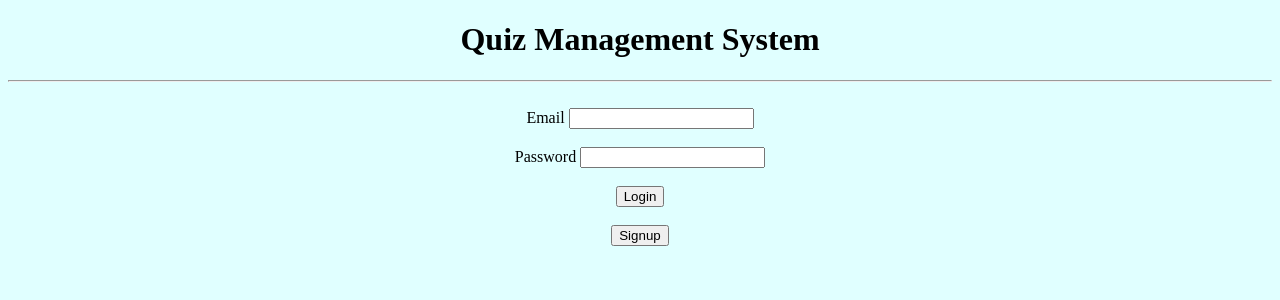
Repository: Rohitsenpai01/Quiz-Manangement-System
Page: http://localhost/WebQuizApp/
An editor plug-in stored every save of this project. The page is shown before and after the next save, followed by the edit.
The browser window is 1280 px wide. The pictures show the whole page.
The page is served by Tomcat 9.

Above is the page before, as saved 2025-12-29 05:37:48.

After the next save:
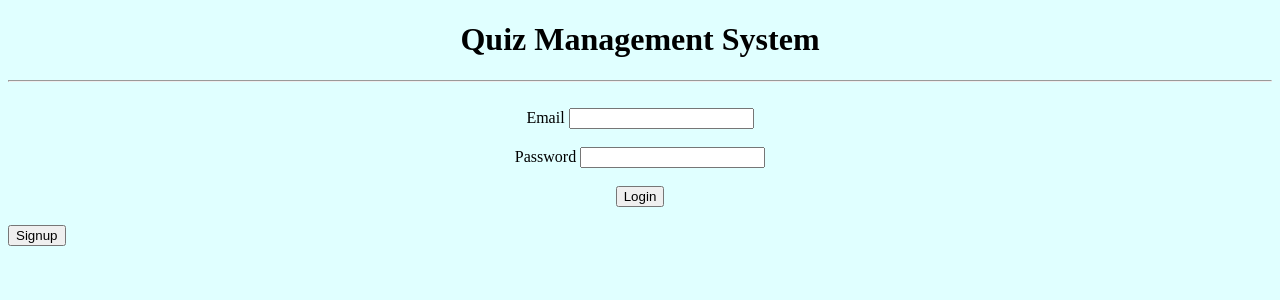
Saved 68 s later.
--- a/WebQuizApp/WebQuizApp/src/main/webapp/index.jsp
+++ b/WebQuizApp/WebQuizApp/src/main/webapp/index.jsp
@@ -12,7 +12,7 @@
 		Email <input type="text" name="email"><br><br>
 		Password <input type="password" name="passwd"><br><br>
 		<input type="submit" value="Login"><br><br>
-		<button type="button">Signup</button><br><br>
 	</form>
+	<button method="post" type="button" action="register.jsp">Signup</button><br><br>
 </body>
 </html>
